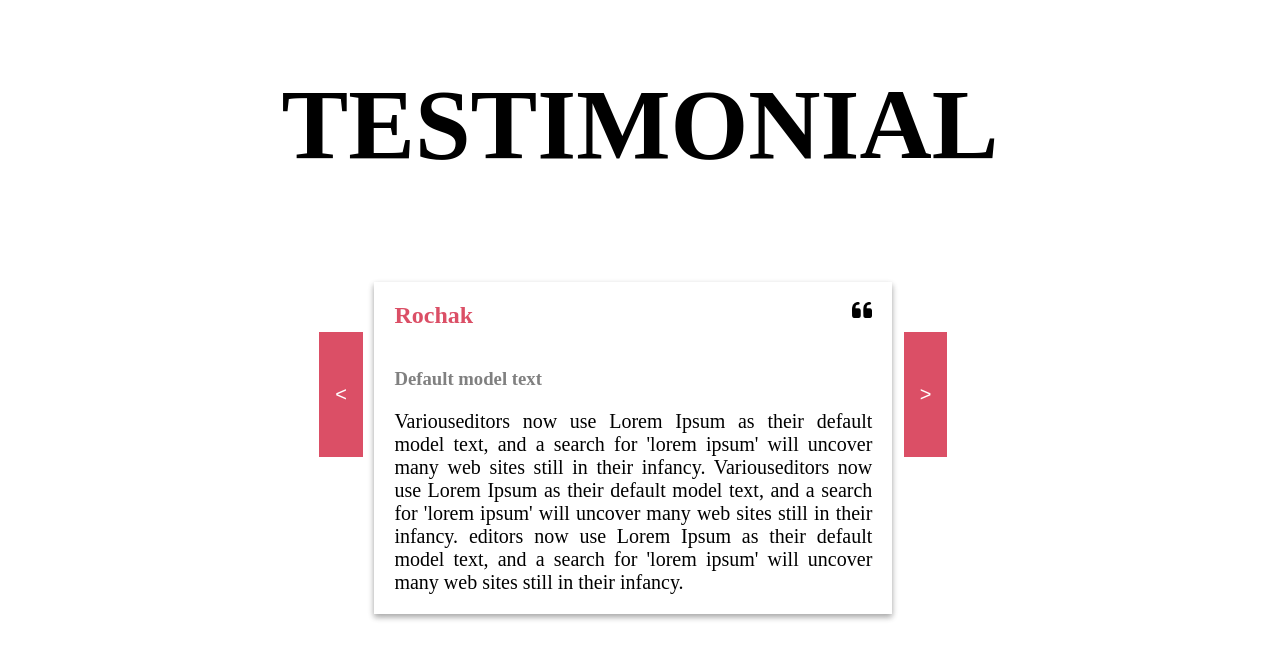
Repository: AVINKUMARP/gifts
Page: demo2.html
The author's editor kept a copy of each file at every save. The page is drawn from the files as they stood at one save, then again after the next save.
The browser window is 1280 px wide. The pictures show the whole page.

Above is the page before, as saved 2023-08-24 14:37:01.

After the next save:
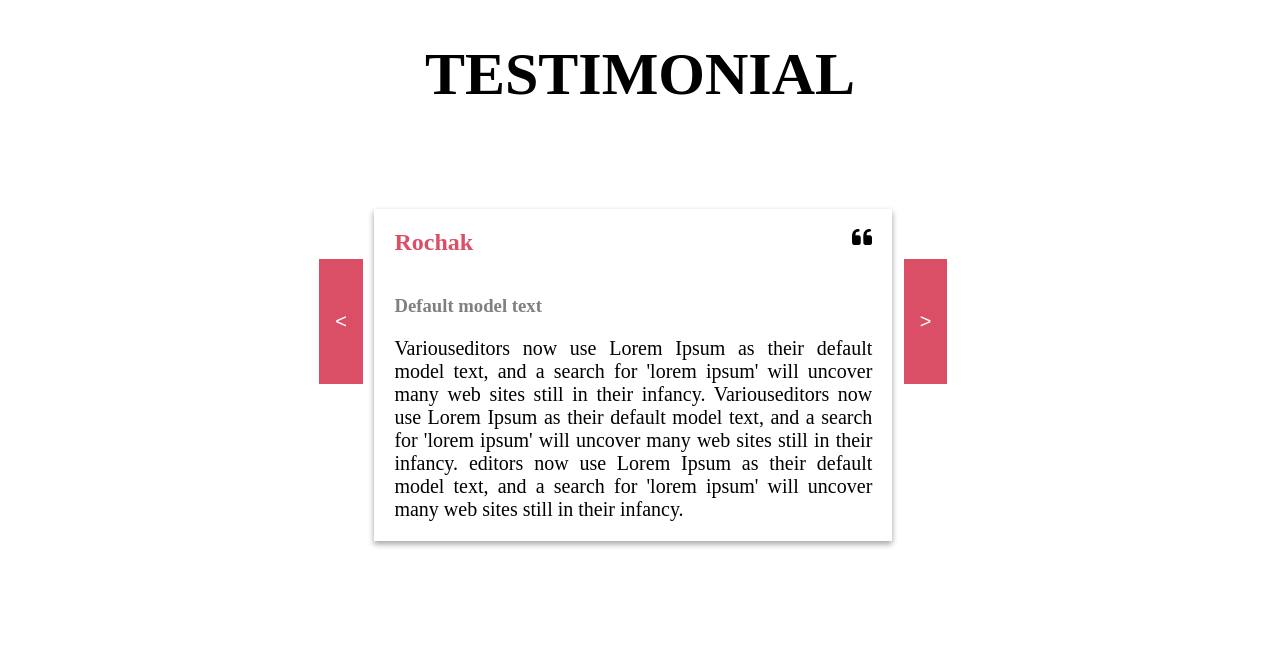
Saved 8 s later.
--- a/demo2.html
+++ b/demo2.html
@@ -90,7 +90,7 @@
         }
         .text{
             text-align: center;
-            font-size: 50px;
+            font-size: 30px;
         }
     </style>
 </head>
